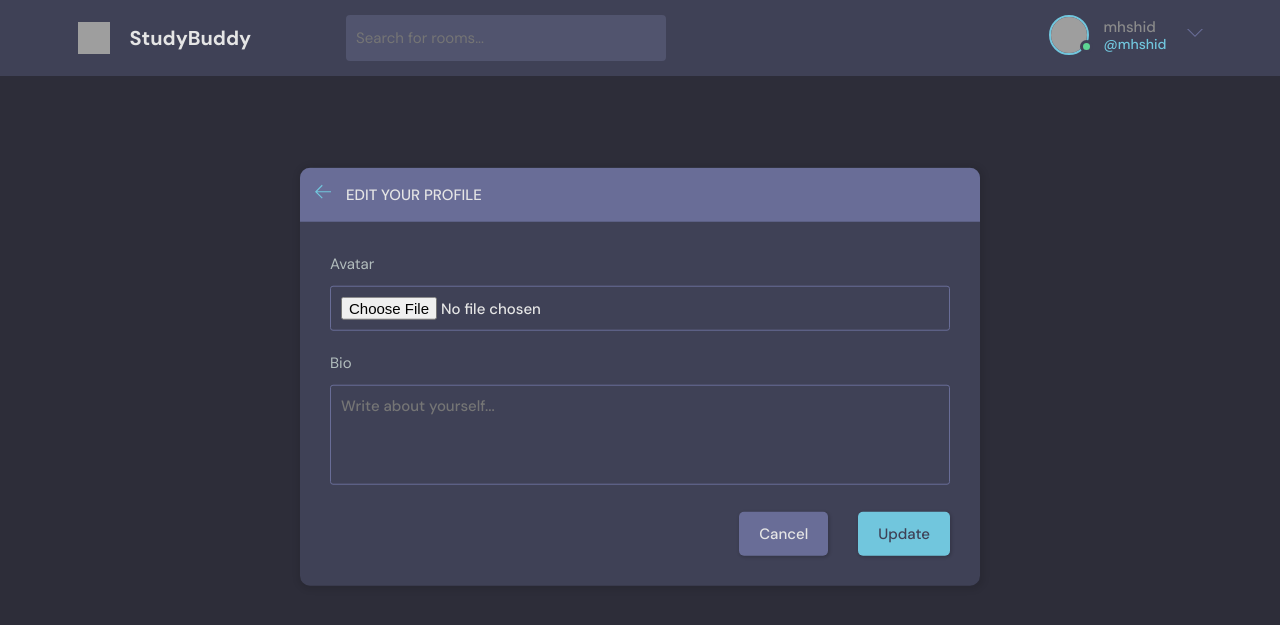
Repository: mahshid-o/basu-platform
Page: http://localhost/update-user/
These files come from the project's save history. The page is drawn as it stood at one moment and after the next save; the edit follows.
The browser window is 1280 px wide. The pictures show the whole page.
Pictures or frames that could not be fetched are drawn as grey boxes. The page is served by the project's application, run on Django 4.2 (manage.py). The first stored user is signed in. Other server files are loaded and not shown. The page reads the database file committed with the project.

Above is the page before, as saved 2024-02-13 12:09:09.

### base/templates/base/update-user.html
{% extends 'main.html' %}

{% block content %}

    <main class="update-account layout">
        <div class="container">
            <div class="layout__box">
                <div class="layout__boxHeader">
                    <div class="layout__boxTitle">
                        <a href="{% url 'home' %}">
                            <svg version="1.1" xmlns="http://www.w3.org/2000/svg" width="32" height="32"
                                viewBox="0 0 32 32">
                                <title>arrow-left</title>
                                <path
                                    d="M13.723 2.286l-13.723 13.714 13.719 13.714 1.616-1.611-10.96-10.96h27.625v-2.286h-27.625l10.965-10.965-1.616-1.607z">
                                </path>
                            </svg>
                        </a>
                        <h3>Edit your profile</h3>
                    </div>
                </div>
                <div class="layout__body">
                    <form class="form" action="" method="POST">
                      {% csrf_token %}
                        <div class="form__group">
                            <label for="profile_pic">Avatar</label>
                            <input id="profile_pic" name="profile_pic" type="file" />
                        </div>

                        <div class="form__group">
                            <label for="user_bio">Bio</label>
                            <textarea name="user_bio" id="user_bio" placeholder="Write about yourself..."></textarea>
                        </div>
                        <div class="form__action">
                            <a class="btn btn--dark" href="index.html">Cancel</a>
                            <button class="btn btn--main" type="submit">Update</button>
                        </div>
                    </form>
                </div>
            </div>
        </div>
      </div>
    </main>
{% endblock content %}

### templates/main.html
<!DOCTYPE html>
{% load static %}

<html lang="en">
  <head>
    <meta charset="UTF-8" />
    <meta http-equiv="X-UA-Compatible" content="IE=edge" />
    <meta name="viewport" content="width=device-width, initial-scale=1.0" />
    <link rel="shortcut icon" href="assets/favicon.ico" type="image/x-icon" />
    <link rel="stylesheet" href="{% static 'styles/style.css' %}" />
    <title>StudyBuddy - Find study partners around the world!</title>
  </head>

  <body>

    {% include 'navbar.html' %}

    {% if messages %}
        <ul class="messages">
            {% for message in messages %}
            <li>{{message}}</li>
            {% endfor %}
        </ul>
    {% endif %}

    {% block content %}


    {% endblock %}

    <script src="{% static 'js/script.js' %}"></script>
  </body>
</html>

### templates/navbar.html
{% load static %}

<header class="header header--loggedIn">
    <div class="container">
      <a href="{% url 'home' %}" class="header__logo">
        <img src="{% static 'images/logo.svg' %}" />
        <h1>StudyBuddy</h1>
      </a>
      <form class="header__search"  method="GET"  action = "{% url 'home' %}" >
        <label>
          <input  name="q"  placeholder="Search for rooms..." />
        </label>
      </form>
      <nav class="header__menu">


        <!-- Logged In -->
        {% if request.user.is_authenticated %}
        <div class="header__user">
          <a href="{% url 'update-user' %}">
            <div class="avatar avatar--medium active">
              <img src="https://randomuser.me/api/portraits/men/37.jpg" />
            </div>
            <p>{{request.user.username}}<span>@{{request.user.username}}</span></p>
          </a>
          <button class="dropdown-button">
            <svg version="1.1" xmlns="http://www.w3.org/2000/svg" width="32" height="32" viewBox="0 0 32 32">
              <title>chevron-down</title>
              <path d="M16 21l-13-13h-3l16 16 16-16h-3l-13 13z"></path>
            </svg>
          </button>
        </div>
        {% else %}
        <!-- Not Logged In -->
        <a href="{% url 'login' %}">
          <img src="{% static 'images/avatar.svg' %}" />
          <p>Login</p>
        </a>
        {% endif %}

        <div class="dropdown-menu">
          <a href="{% url 'update-user' %}" class="dropdown-link"
            ><svg version="1.1" xmlns="http://www.w3.org/2000/svg" width="32" height="32" viewBox="0 0 32 32">
              <title>tools</title>
              <path
                d="M27.465 32c-1.211 0-2.35-0.471-3.207-1.328l-9.392-9.391c-2.369 0.898-4.898 0.951-7.355 0.15-3.274-1.074-5.869-3.67-6.943-6.942-0.879-2.682-0.734-5.45 0.419-8.004 0.135-0.299 0.408-0.512 0.731-0.572 0.32-0.051 0.654 0.045 0.887 0.277l5.394 5.395 3.586-3.586-5.394-5.395c-0.232-0.232-0.336-0.564-0.276-0.887s0.272-0.596 0.572-0.732c2.552-1.152 5.318-1.295 8.001-0.418 3.274 1.074 5.869 3.67 6.943 6.942 0.806 2.457 0.752 4.987-0.15 7.358l9.392 9.391c0.844 0.842 1.328 2.012 1.328 3.207-0 2.5-2.034 4.535-4.535 4.535zM15.101 19.102c0.26 0 0.516 0.102 0.707 0.293l9.864 9.863c0.479 0.479 1.116 0.742 1.793 0.742 1.398 0 2.535-1.137 2.535-2.535 0-0.668-0.27-1.322-0.742-1.793l-9.864-9.863c-0.294-0.295-0.376-0.74-0.204-1.119 0.943-2.090 1.061-4.357 0.341-6.555-0.863-2.631-3.034-4.801-5.665-5.666-1.713-0.561-3.468-0.609-5.145-0.164l4.986 4.988c0.391 0.391 0.391 1.023 0 1.414l-5 5c-0.188 0.188-0.441 0.293-0.707 0.293s-0.52-0.105-0.707-0.293l-4.987-4.988c-0.45 1.682-0.397 3.436 0.164 5.146 0.863 2.631 3.034 4.801 5.665 5.666 2.2 0.721 4.466 0.604 6.555-0.342 0.132-0.059 0.271-0.088 0.411-0.088z"
              ></path>
            </svg>
            Settings</a
          >
          <a href="{% url 'logout' %}" class="dropdown-link"
            ><svg version="1.1" xmlns="http://www.w3.org/2000/svg" width="32" height="32" viewBox="0 0 32 32">
              <title>sign-out</title>
              <path
                d="M3 0h22c0.553 0 1 0 1 0.553l-0 3.447h-2v-2h-20v28h20v-2h2l0 3.447c0 0.553-0.447 0.553-1 0.553h-22c-0.553 0-1-0.447-1-1v-30c0-0.553 0.447-1 1-1z"
              ></path>
              <path
                d="M21.879 21.293l1.414 1.414 6.707-6.707-6.707-6.707-1.414 1.414 4.293 4.293h-14.172v2h14.172l-4.293 4.293z"
              ></path>
            </svg>
            Logout</a>
        </div>
      </nav>
    </div>
  </header>





{% comment %} {% if request.user.is_authenticated %}
<p>Hello {{request.user}}</p>
<a href="{% url 'logout' %}">Logout</a>
{% else %}
<a href="{% url 'login' %}">Login</a>
{% endif %} {% endcomment %}

### base/views.py
from email import message
from pydoc import describe
from django.shortcuts import render, redirect
from django.http import HttpResponse
from .models import Room , Topic ,Message
from .forms import RoomForm
from django.db.models import Q
from django.contrib.auth.decorators import login_required
from django.contrib.auth.models import User
from django.contrib import messages
from django.contrib.auth import authenticate,login,logout
from django.contrib.auth.forms import UserCreationForm

# from django.http import HttpResponse

# rooms = [
#     {'id':1 , 'name':'lets learn python'},
#     {'id':2 , 'name':'Design with me'},
#     {'id':3 , 'name':'Frontend developers'},
# ]



def loginPage(request):

    page='login'

    if request.user.is_authenticated:
        return redirect('home')

    if request.method == "POST":
        username = request.POST.get('username').lower()
        password = request.POST.get('password')

        try:
            user=User.objects.get(username=username)
        except:
            messages.error(request,'User does not exist')

        user=authenticate(request,username=username,password=password)

        if user is not None:
            login(request,user)
            return redirect('home')
        else:
            messages.error(request,'Username OR password does not exist')



    context={'page':page}
    return render(request,'base/login_register.html',context)


def logoutUser(request):
    logout(request)
    return redirect('home')

def registerPage(request):
    form = UserCreationForm()

    if request.method == 'POST':
        form = UserCreationForm(request.POST)
        if form.is_valid():
            user = form.save(commit=False)
            user.username = user.username.lower()
            user.save()
            login(request,user)
            return redirect('home')
    else:
        messages.error(request,'An error occurred during registration')

    return render(request,'base/login_register.html', {'form':form})



def home(request):

    q = request.GET.get('q') if request.GET.get('q') != None else ''

    rooms = Room.objects.filter(
        Q(topic__name__icontains=q) |
        Q(name__icontains=q) |
        Q(description__icontains=q)
    )

    topics = Topic.objects.all()
    room_count = rooms.count()
    room_messages = Message.objects.filter(Q(room__topic__name__icontains=q))

    context = {'rooms': rooms, 'topics':topics ,
                'room_count': room_count , 'room_messages' : room_messages}
    return render(request , 'base/home.html' , context)

def room(request , pk):
    room = Room.objects.get(id=pk)
    room_messages = Message.objects.filter(room = room)
    participants = room.participants.all()


    if request.method == 'POST':
        message = Message.objects.create(
            user=request.user,
            room=room,
            body=request.POST.get('body')
        )
        room.participants.add(request.user)
        return redirect('room', pk=room.pk)


    context = {'room' : room , 'room_messages':room_messages,'participants': participants}

    return render(request , 'base/room.html' , context)


def userProfile(request,pk):
    user = User.objects.get(id=pk)
    #rooms = User.room_set.all()
    rooms = Room.objects.filter(host = user)
    room_messages = Message.objects.filter(user = user)
    topics = Topic.objects.all()
    context = {'user':user , 'rooms':rooms ,
                'room_messages' :room_messages , 'topics':topics}
    return render(request,'base/profile.html',context)






@login_required(login_url='login')
def createRoom(request):
    form = RoomForm()
    topics = Topic.objects.all()
    if request.method =='POST':
        topic_name = request.POST.get('topic')
        topic , created = Topic.objects.get_or_create(name=topic_name)

        Room.objects.create(
            host=request.user,
            topic=topic,
            name=request.POST.get('name'),
            description=request.POST.get('description')
        )

        return redirect('home')

    context = {'form':form , 'topics': topics}
    return render(request , 'base/room_form.html' , context)


@login_required(login_url='login')
def updateRoom(request, pk):
    room = Room.objects.get(id=pk)
    form = RoomForm(instance=room)
    topics = Topic.objects.all()
    if request.user != room.host:
        return HttpResponse('You are not allowed here!!')


    if request.method == 'POST':
        topic_name = request.POST.get('topic')
        topic , created = Topic.objects.get_or_create(name=topic_name)
        room.name = request.POST.get('name')
        room.topic = topic
        room.description = request.POST.get('description')
        room.save()
        return redirect('home')

    context={'form':form , 'topics': topics , 'room':room}
    return render(request, 'base/room_form.html', context)



@login_required(login_url='login')
def deleteRoom(request,pk):
    room = Room.objects.get(id=pk)

    if request.user != room.host:
        return HttpResponse('You are not allowed here!!')

    if request.method == 'POST':
        room.delete()
        return redirect('home')
    return render(request,'base/delete.html',{'obj':room})


@login_required(login_url='login')
def deleteMessage(request,pk):
    message = Message.objects.get(id=pk)

    if request.user != message.user:
        return HttpResponse('You are not allowed here!!')

    if request.method == 'POST':
        message.delete()
        return redirect('home')
    return render(request,'base/delete.html',{'obj':message})


@login_required(login_url='login')
def updateUser(request):
    return render(request , 'base/update-user.html')

### mysite/urls.py
"""
URL configuration for mysite project.

The `urlpatterns` list routes URLs to views. For more information please see:
    https://docs.djangoproject.com/en/4.2/topics/http/urls/
Examples:
Function views
    1. Add an import:  from my_app import views
    2. Add a URL to urlpatterns:  path('', views.home, name='home')
Class-based views
    1. Add an import:  from other_app.views import Home
    2. Add a URL to urlpatterns:  path('', Home.as_view(), name='home')
Including another URLconf
    1. Import the include() function: from django.urls import include, path
    2. Add a URL to urlpatterns:  path('blog/', include('blog.urls'))
"""
from django.contrib import admin
from django.urls import path , include



urlpatterns = [
    path('admin/', admin.site.urls),
    path('', include('base.urls'))
]

### base/urls.py
from django.urls import path
from . import views


urlpatterns = [
    path("login/", views.loginPage , name="login"),
    path("logout/", views.logoutUser , name="logout"),
    path("register/", views.registerPage , name="register"),


    path('',views.home , name="home"),
    path('room/<str:pk>/', views.room , name="room"),
    path('profile/<str:pk>/', views.userProfile , name="user-profile"),
    path('create-room/', views.createRoom , name="create-room"),
    path('update-room/<str:pk>/', views.updateRoom , name="update-room"),
    path('delete-room/<str:pk>/', views.deleteRoom , name="delete-room"),
    path('delete-message/<str:pk>/', views.deleteMessage , name="delete-message"),
    path('update-user/', views.updateUser , name="update-user"),
]

### db.sqlite3 (the tables this page reads, as SQL)
CREATE TABLE "auth_user" ("id" integer NOT NULL PRIMARY KEY AUTOINCREMENT, "password" varchar(128) NOT NULL, "last_login" datetime NULL, "is_superuser" bool NOT NULL, "username" varchar(150) NOT NULL UNIQUE, "last_name" varchar(150) NOT NULL, "email" varchar(254) NOT NULL, "is_staff" bool NOT NULL, "is_active" bool NOT NULL, "date_joined" datetime NOT NULL, "first_name" varchar(150) NOT NULL);
INSERT INTO "auth_user" VALUES
(1, 'pbkdf2_sha256$600000$ZbQc8j8UH08RnxTZ6KnuXv$xtDRUK4LHTNnEfulZZv6LoNPAUxuOoMD+ttf0MMtWeE=', '2024-02-14 09:50:55.335312', 1, 'mhshid', '', 'zahra.oveisii@gmail.com', 1, 1, '2024-01-23 09:17:24.948078', ''),
(2, 'pbkdf2_sha256$600000$4PoGEmPzRd8eH216s8WTHu$NVkLw/exxLP2M8U2SrM/2PwQUYKZJ3DkkumIwcwtkOY=', '2024-02-09 07:59:51.288528', 0, 'mahsa', '', '', 0, 1, '2024-01-23 19:04:40.586207', ''),
(3, 'pbkdf2_sha256$600000$HVA7vVnygIdMk2P7sH3iZQ$tEhvRkDo9dzIIf4AbUm/7FsKXcKTi8y128y3tBzkf7s=', '2024-02-09 17:12:38.769865', 0, 'sara', '', '', 0, 1, '2024-02-07 11:40:55.549691', ''),
(4, 'pbkdf2_sha256$600000$SeTnK32W3JcaE9DRuwPB1H$4UDaBZTrwg5UvUbh5V3/gD1taXbhHyj5LsKKezmqK08=', '2024-02-14 10:00:44.625743', 0, 'elnaz', '', '', 0, 1, '2024-02-14 10:00:43.423452', '');

Loaded but not shown: static/js/script.js (69 lines, source omitted); static/styles/style.css (1165 lines, source omitted)

After the next save:
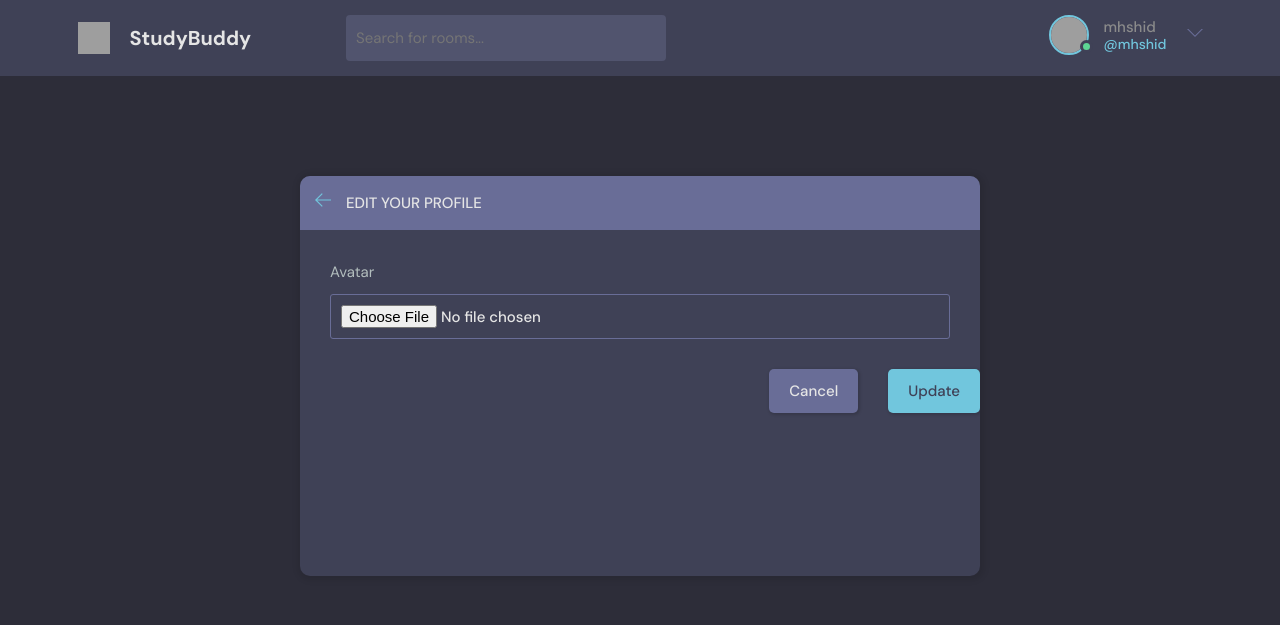
Saved 50 min 48 s later.
--- a/base/templates/base/update-user.html
+++ b/base/templates/base/update-user.html
@@ -27,9 +27,6 @@
                             <input id="profile_pic" name="profile_pic" type="file" />
                         </div>
 
-                        <div class="form__group">
-                            <label for="user_bio">Bio</label>
-                            <textarea name="user_bio" id="user_bio" placeholder="Write about yourself..."></textarea>
                         </div>
                         <div class="form__action">
                             <a class="btn btn--dark" href="index.html">Cancel</a>
